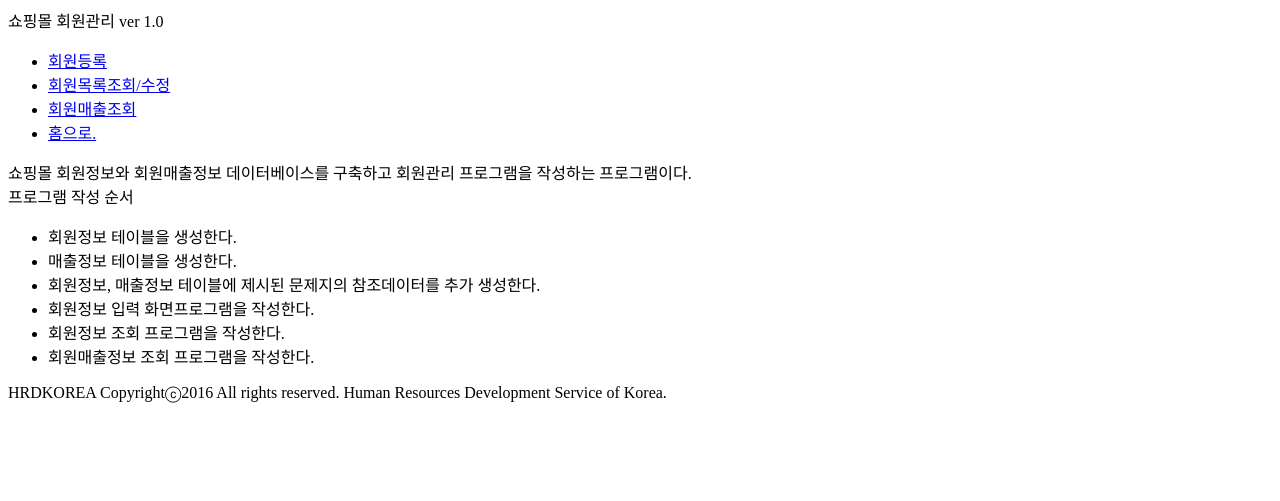
Repository: eunbiro/HRD_1234
Page: http://localhost/HRD_1234/
An editor plug-in stored every save of this project. The page is shown before and after the next save, followed by the edit.
The browser window is 1280 px wide. The pictures show the whole page.
The page is served by Tomcat 9.

Above is the page before, as saved 2022-12-19 05:17:05.

After the next save:
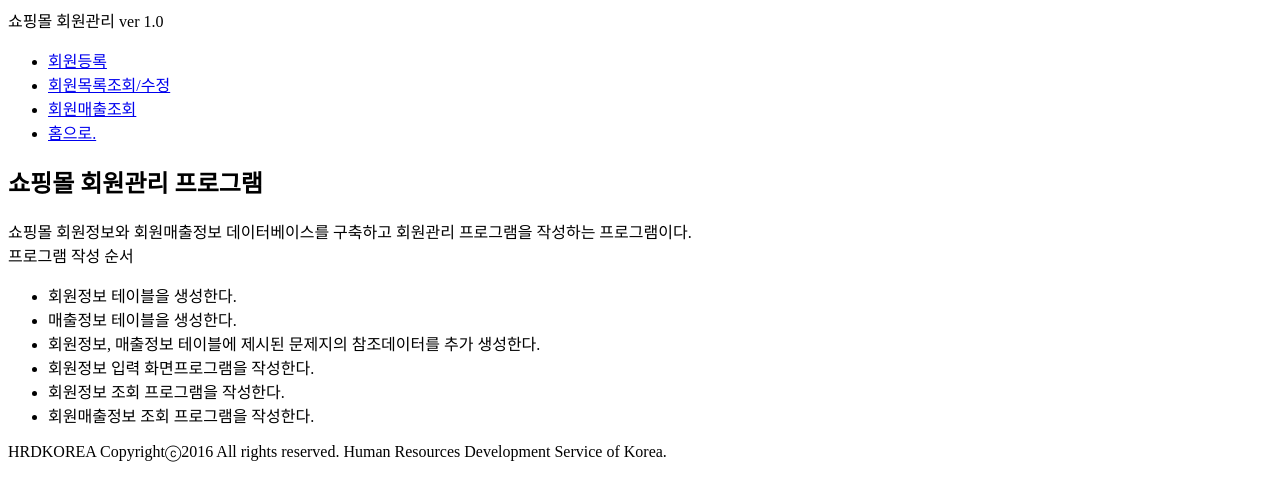
Saved 44 s later.
--- a/HRD_1234/src/main/webapp/index.jsp
+++ b/HRD_1234/src/main/webapp/index.jsp
@@ -9,6 +9,7 @@
 <body>
 	<%@ include file="topmenu.jsp" %>
 	<section>
+		<h2>쇼핑몰 회원관리 프로그램</h2>
 		쇼핑몰 회원정보와 회원매출정보 데이터베이스를 구축하고 회원관리 프로그램을 작성하는 프로그램이다.<br />
 		프로그램 작성 순서<br />
 		<ul>
